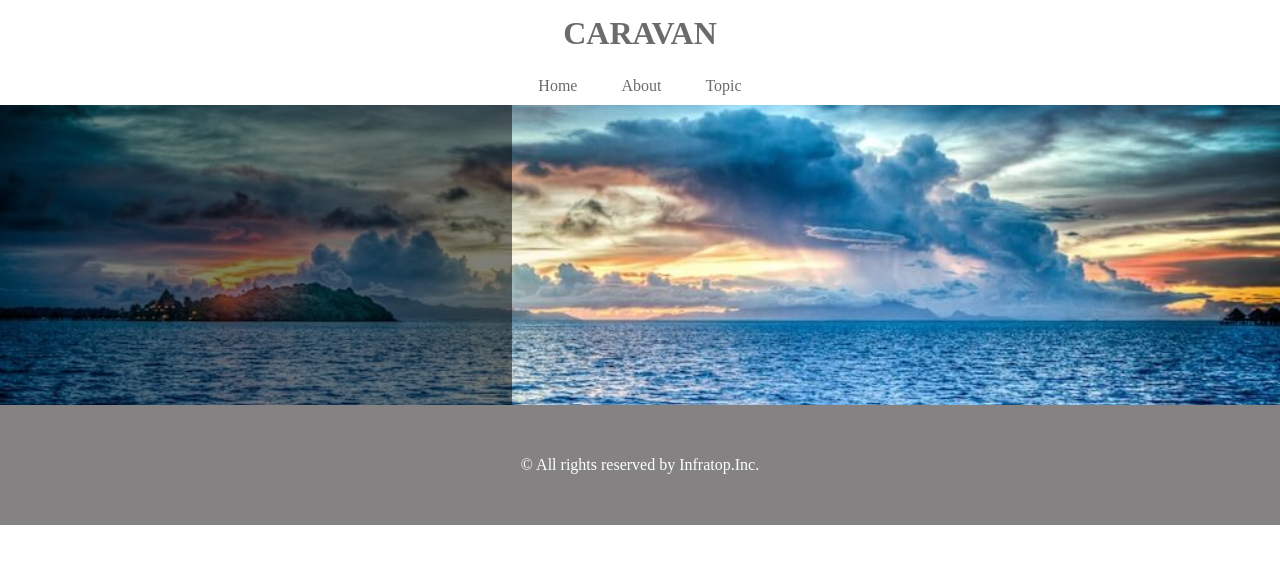
Repository: menyuu/test-html-CSS-practice
Page: caravan/index.html
The author's editor kept a record of every edit. The page is drawn from the files as they stood at one moment, then again after the next edit.
The browser window is 1280 px wide. The pictures show the whole page.

Above is the page before.

After the next edit:
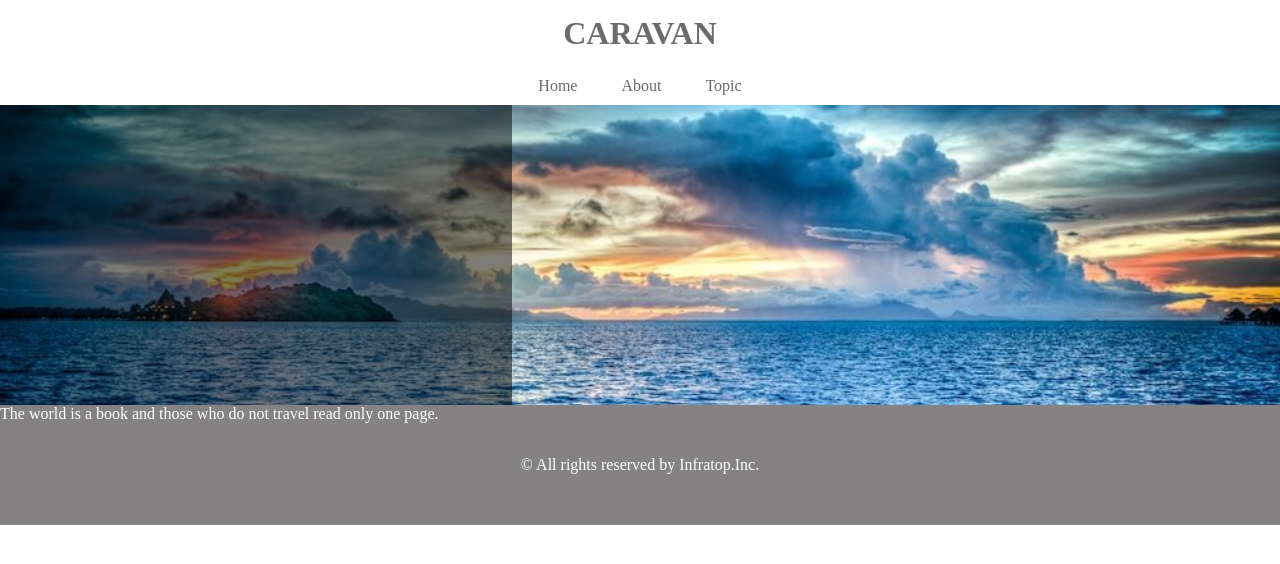
The edit:
--- a/caravan/index.html
+++ b/caravan/index.html
@@ -31,7 +31,7 @@
   <div class="main-visual">
     <div class="main-visual-content"></div>
     <p class="main-visual-text">
-
+      The world is a book and those who do not travel read only one page.
     </p>
     <p class="main-visual-name">
 
